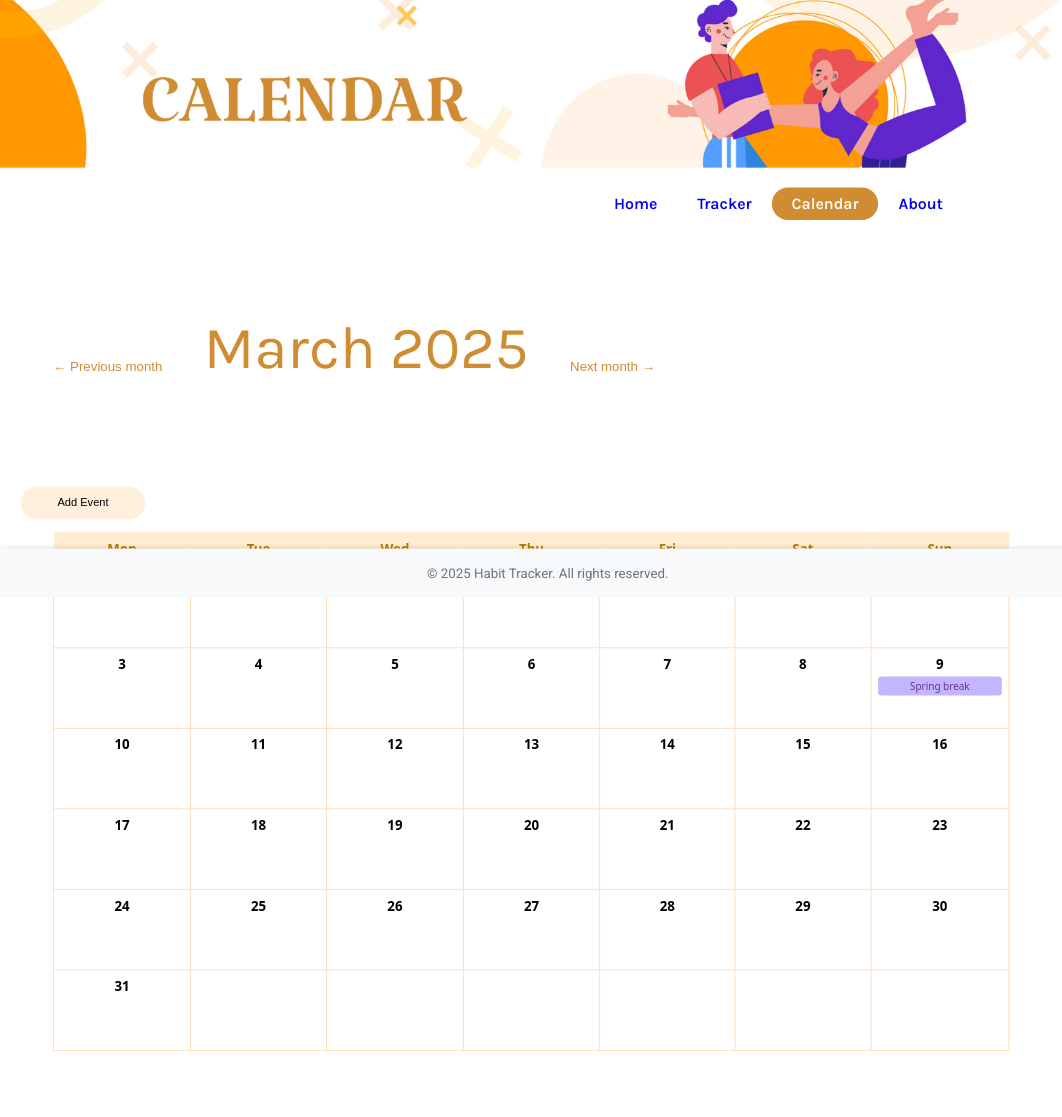
Repository: SandyLy453/habit-tracker
Page: http://localhost/calendar?month=2&year=2025
An editor plug-in stored every save of this project. The page is shown before and after the next save, followed by the edit.
The browser window is 1280 px wide. The pictures show the whole page, at 83% of full size.
Some web fonts or font styles are not loaded; a fallback is used. The page is served by the project's Node server (server.js).

Above is the page before, as saved 2025-03-21 18:55:23.

After the next save:
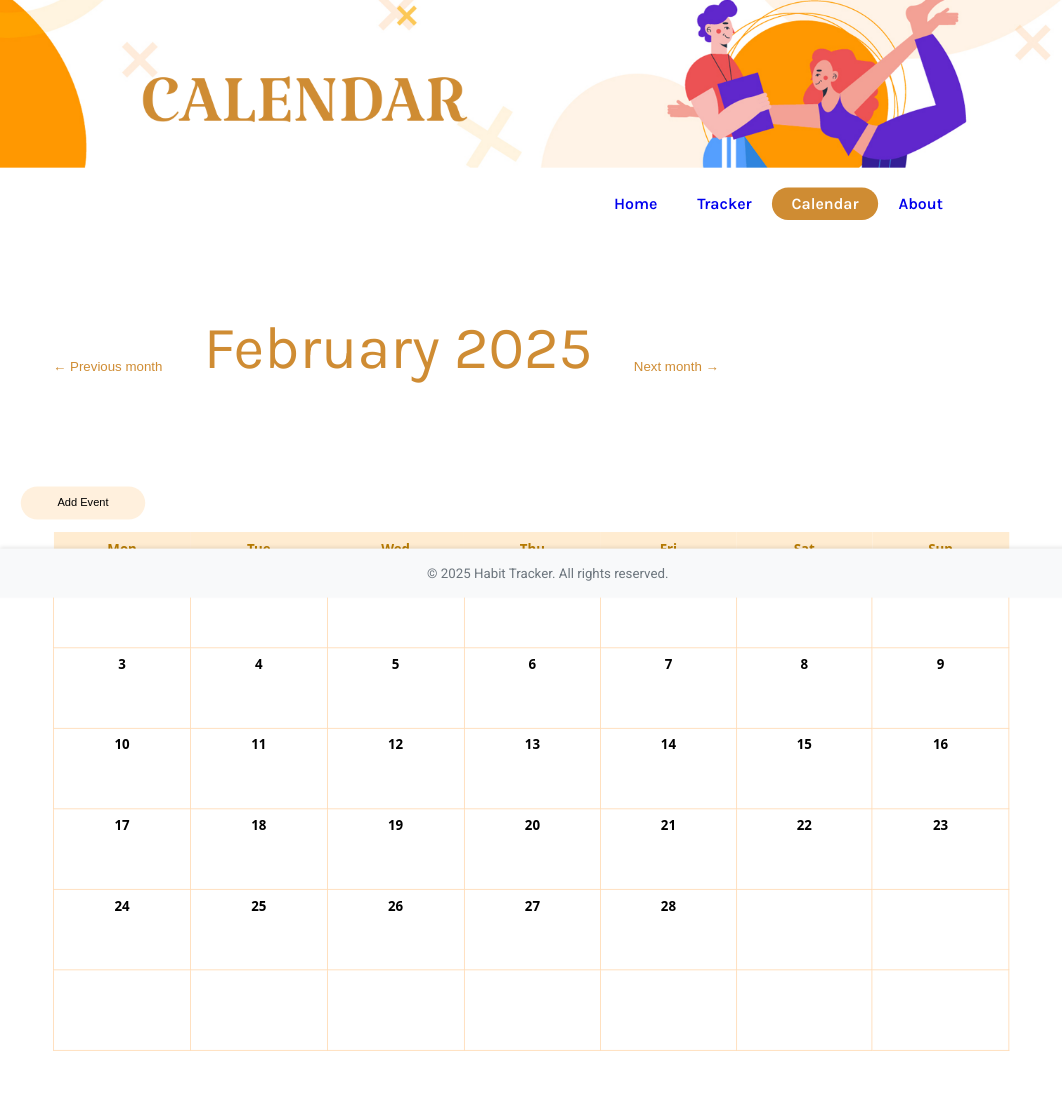
Saved 57 s later.
--- a/server.js
+++ b/server.js
@@ -79,10 +79,10 @@
 
 	if (!month || !year) {
 		const currentDate = new Date();
-		month = currentDate.getMonth() + 1; // Months are 0-based in JS
+		month = currentDate.getMonth(); // Months are 0-based in JS
 		year = currentDate.getFullYear();
 	} else {
-		month = parseInt(month, 10);
+		month = parseInt(month, 10) -1;
 		year = parseInt(year, 10);
 	}
 

After the save that followed:
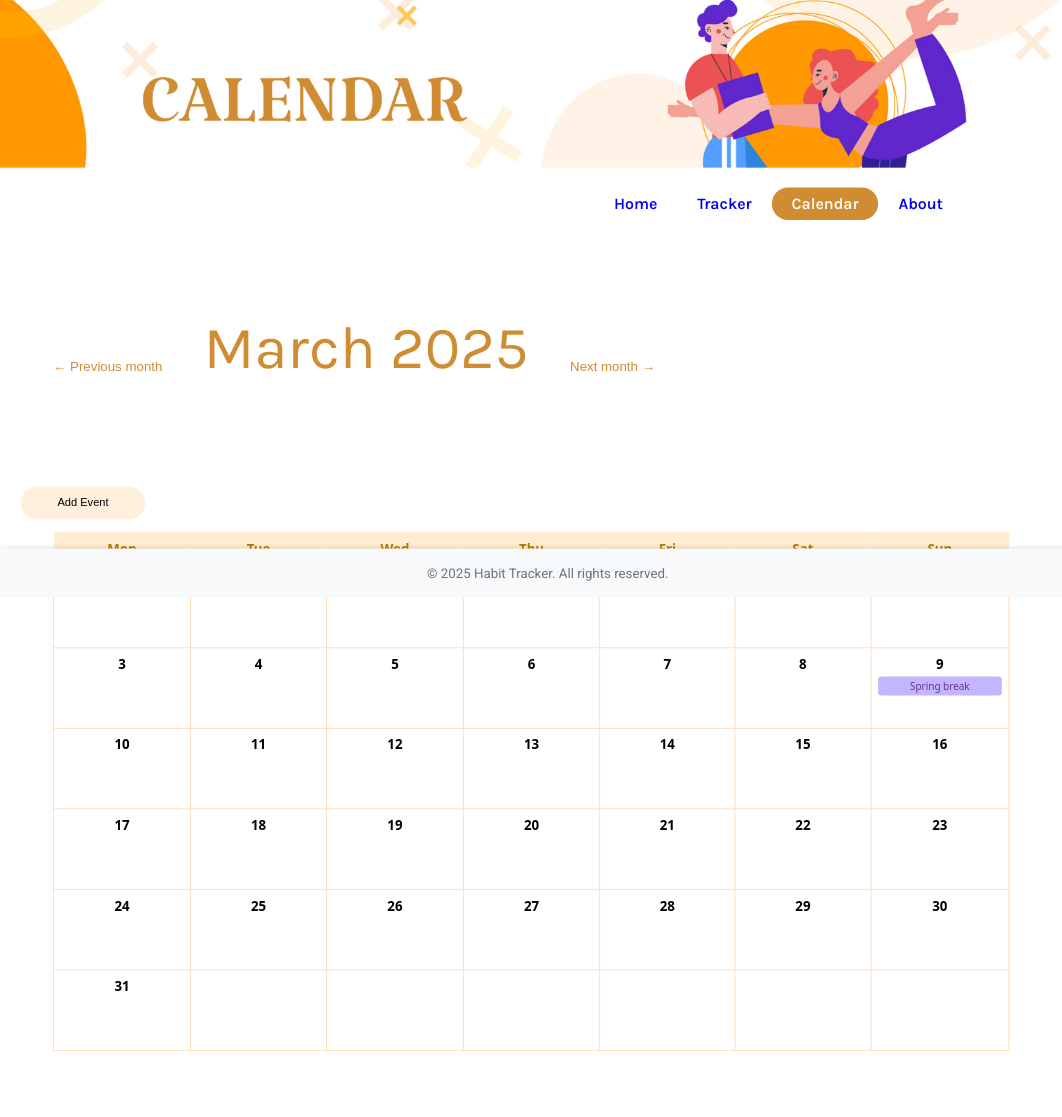
Saved 38 s later.
--- a/server.js
+++ b/server.js
@@ -54,6 +54,26 @@
 	}
 });
 
+// Route to handle form submission
+app.post("/add-habit", async (req, res) => {
+	const { habitName, frequency, duration } = req.body;
+	console.log("Received form data:", { habitName, frequency, duration }); // Log received form data
+
+	// Ensure duration is parsed as an integer
+	const parsedDuration = parseInt(duration, 10);
+	console.log("Parsed duration:", parsedDuration); // Log parsed duration
+
+	try {
+		await db.query(
+			"INSERT INTO habits (name, frequency, duration) VALUES ($1, $2, $3)",
+			[habitName, frequency, parsedDuration]
+		);
+		res.redirect("/tracker");
+	} catch (err) {
+		console.error("Error adding habit:", err);
+		res.status(500).send("Server Error");
+	}
+});
 /*calendar */
 app.get("/about", (req, res) => {
 	res.render("pages/about", {
@@ -79,10 +99,10 @@
 
 	if (!month || !year) {
 		const currentDate = new Date();
-		month = currentDate.getMonth(); // Months are 0-based in JS
+		month = currentDate.getMonth() + 1; // Months are 0-based in JS
 		year = currentDate.getFullYear();
 	} else {
-		month = parseInt(month, 10) -1;
+		month = parseInt(month, 10);
 		year = parseInt(year, 10);
 	}
 
